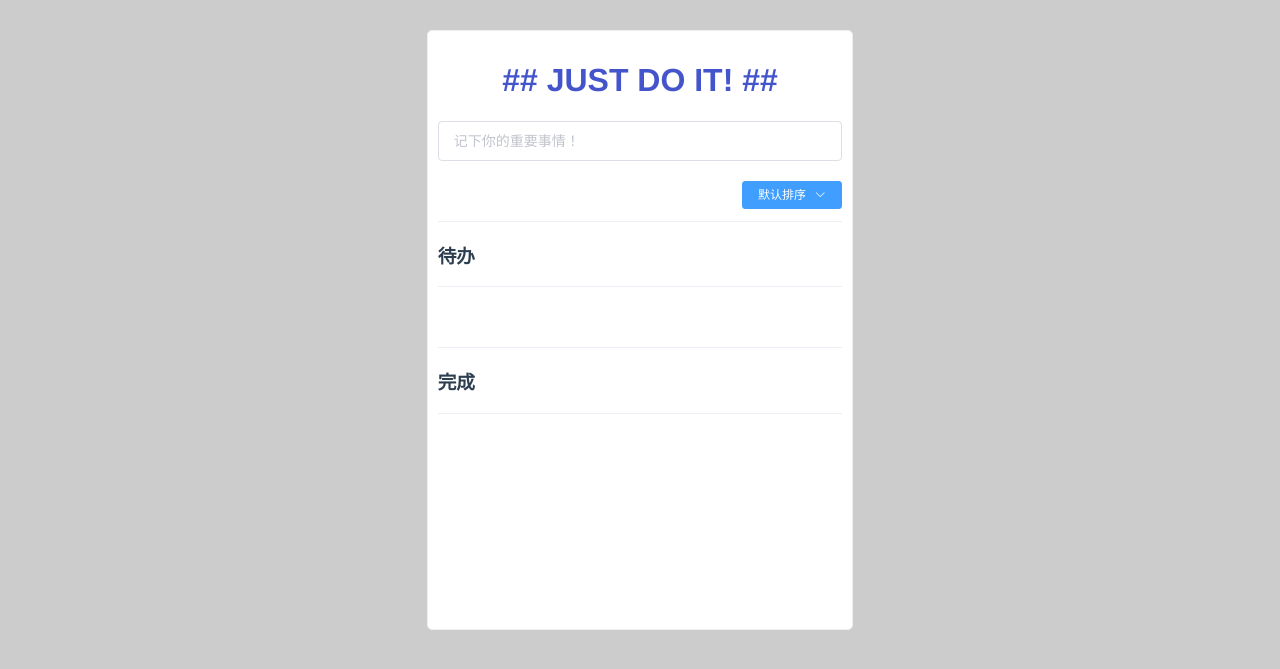
Repository: JonathanLee-LX/ToDo-LX
Page: /
The author's editor kept a copy of each file at every save. The page is drawn from the files as they stood at one save, then again after the next save.
The browser window is 1280 px wide. The pictures show the whole page.
The project was rebuilt for these pictures with package versions that can differ from the ones it lists, and the page was loaded fresh each time.

Above is the page before, as saved 2018-06-30 18:59:18.

### index.html
<!DOCTYPE html>
<html>

<head>
  <meta charset="utf-8">
  <meta name="viewport" content="width=device-width,initial-scale=1.0">
  <title>todo-lx</title>
  <style type="text/css">
    html,
    body {
      width: 100%;
      height: 100%;
      margin: 0;
      padding: 0;
    }

  </style>
</head>

<body>
  <div id="app"></div>
  <!-- built files will be auto injected -->
</body>

</html>

### src/main.js
// The Vue build version to load with the `import` command
// (runtime-only or standalone) has been set in webpack.base.conf with an alias.
import Vue from 'vue'
import App from './App.vue'
import router from './router'
import ElementUI from 'element-ui'
import 'element-ui/lib/theme-chalk/index.css'

Vue.config.productionTip = false
Vue.use(ElementUI)

/* eslint-disable no-new */
new Vue({
  el: '#app',
  router,
  components: {
    App
  },
  template: '<App/>'
})

### src/App.vue
<template>
  <div id="app">
    <router-view/>
  </div>
</template>

<script>
export default {
  name: 'App'
}
</script>

<style>
#app {
    font-family: 'Avenir', Helvetica, Arial, sans-serif;
    -webkit-font-smoothing: antialiased;
    -moz-osx-font-smoothing: grayscale;
    text-align: center;
    color: #2c3e50;
    /* margin-top: 60px; */
    background-color: #ccc;
    width: 100%;
    min-height: 100%;
}
</style>

### src/router/index.js
import Vue from 'vue'
import Router from 'vue-router'
import ToDoList from '@/components/Todo'

Vue.use(Router)

export default new Router({
  routes: [{
    path: '/',
    name: 'ToDoList',
    component: ToDoList
  }]
})

### src/components/Todo.vue
<template>
  <div id="todo-app">
    <el-row>
      <el-col :offset="8" :span="8" class="main-container">
        <div class="main">
          <app-title></app-title>
          <InputArea
            @add-todo="addTodo"
          ></InputArea>
          <Sort></Sort>
          <TodoList
            :todoList="todoList"
            @has-done="hasDone"
          ></TodoList>
          <DoneList
            :doneList="doneList"
            @undo="undo"
          ></DoneList>
        </div>
      </el-col>
    </el-row>
  </div>
</template>
<script lang="js">
  import AppTitle from './app-title.vue'
  import InputArea from './Input-Area.vue'
  import TodoList from './Todo-List.vue'
  import DoneList from './Done-List.vue'
  import Sort from './Sort.vue'

  export default {
    components: {
      AppTitle,
      InputArea,
      Sort,
      TodoList,
      DoneList
    },
    data() {
      return {
        todo: '',
        todoList: [],
        doneList: []
      }
    },
    methods: {
      addTodo (todo) {
        this.todoList.push(todo)
      },
      hasDone(i, item) {
        let DoneList = this.todoList.splice(i, 1)
        this.addDone(DoneList)
      },
      addDone(DoneList) {
        this.doneList.push(DoneList)
      },
      undo(item) {
        let index = this.doneList.findIndex((item, i) => {
          return item.done === false
        })
        let todo = this.doneList.splice(index, 1)[0]
        this.todoList.push({
          title: todo.title,
          content: todo.content,
          createAt: todo.createAt,
          done: todo.done
        })
      }
    },
    created() {
    },
    beforeDestroy() {
    }
  }
</script>

<style>
  .main-container {
    background-color: #fff !important;
    min-height: 600px;
    border: 1px solid #eee;
    box-shadow: 1px 1px 1px #ccc;
    border-radius: 5px;
    margin-top: 30px;
  }

  .main {
    padding: 10px 10px;
  }

  .input-area {
    margin-bottom: 20px;
  }

  .el-col {
    background-color: #eee;
  }

  .el-collapse {
    margin-top: 60px;
  }

  .pull-right {
    float: right;
  }

  .pull-left {
    float: left;
  }

  .time {
    color: #aaa;
    font-size: 0.7em;
    display: inline-block;
    margin-right: 5px;
  }
</style>

### src/components/app-title.vue
<template>
  <h1
    class = "app-title"
  >## JUST DO IT! ##</h1>
</template>
<script>
  export default {
    name: 'app-title'
  }
</script>
<style>
  .app-title {
    color: #45c
  }
</style>

### src/components/Input-Area.vue
<template>
    <div class="input-area">
        <el-input v-model="todo" @keydown.enter.native="addTodo" type="text" placeholder="记下你的重要事情！"></el-input>
    </div>
</template>
<script>
    export default {
        components: {},
        data() {
            return {
                todo: ''
            }
        },
        methods: {
            addTodo() {
                this.$emit('add-todo', {
                    title: this.todo
                })
                this.reset()
            },
            reset() {
                this.todo = ''
            }
        }
    }

</script>
<style>
</style>

### src/components/Todo-List.vue
<template>
  <el-collapse>
    <h3 style="text-align: left;">待办</h3>
    <div v-if="todoList.length">
      <el-collapse-item
        v-for="item in todoList"
        :title="item.title"
        :key="item.createAt"
        style="text-align: left;"
      >
        <template slot="title">
          <el-checkbox
            v-model="item.done"
            @change="getDone(item)"
            class="pull-left"
            style="margin-right: 10px;"
          >
          </el-checkbox>
          {{item.title}}
        </template>
        <div>
          {{item.content}}
        </div>
      </el-collapse-item>
    </div>
  </el-collapse>
</template>
<script>
  export default {
    name: 'TodoList',
    data() {
      return {
      }
    },
    props: {
      todoList: {
        type: Array,
        default: []
      }
    },
    methods: {
      getDone (done) {
        let i = this.todoList.findIndex(todo => todo === done)
        this.$emit('get-done', i, done)
      }
    }
  }
</script>
<style>
</style>

### src/components/Done-List.vue
<template>
  <el-collapse>
    <h3 style="text-align: left;">完成</h3>
    <div v-if="doneList.length">
      <el-collapse-item
        v-for="item in doneList"
        :title="item.content"
        :key="item.createAt"
        style="text-align: left;"
      >
        <template slot="title">
          <el-checkbox
            v-model="item.done"
            @change="undo(item)"
            class="pull-left"
            style="margin-right: 10px;"
          ></el-checkbox>
          <s>{{item.title}}</s>
          <span
            class="time"
            style="float: right;"
          >
            {{new Date(item.createAt).toLocaleTimeString()}}
          </span>
        </template>
        <el-input
          v-model="item.content"
          :rows="3"
          type="textarea"
          size="small"
          placeholder="描述"
        ></el-input>
      </el-collapse-item>
    </div>
  </el-collapse>
</template>
<script>
  export default {
    name: 'DoneList',
    data () {
      return {}
    },
    props: {
      doneList: {
        type: Array,
        default: []
      }
    },
    undo (todo) {
      let i = this.doneList.findIndex(
        done => todo === done
      )
      this.$emit('undo', i, done)
    }
  }
</script>
<style>
</style>

### src/components/Sort.vue
<template>
    <div class="tool-bar">
        <el-dropdown class="pull-right">
        <el-button type="primary" size="mini">
            默认排序
            <i class="el-icon-arrow-down el-icon--right"></i>
        </el-button>
        <el-dropdown-menu slot="dropdown">
            <el-dropdown-item>创建时间从早到晚</el-dropdown-item>
            <el-dropdown-item>创建时间从晚到早</el-dropdown-item>
            <el-dropdown-item>到期时间从早到晚</el-dropdown-item>
            <el-dropdown-item>到期时间从晚到早</el-dropdown-item>
            <el-dropdown-item>重要性从高到低</el-dropdown-item>
            <el-dropdown-item>重要性从低到高</el-dropdown-item>
        </el-dropdown-menu>
        </el-dropdown>
    </div>
</template>
<script>
export default {
  name: 'Sort',
  components: {},
  data () {
    return {}
  }
}
</script>
<style>
</style>

After the next save:
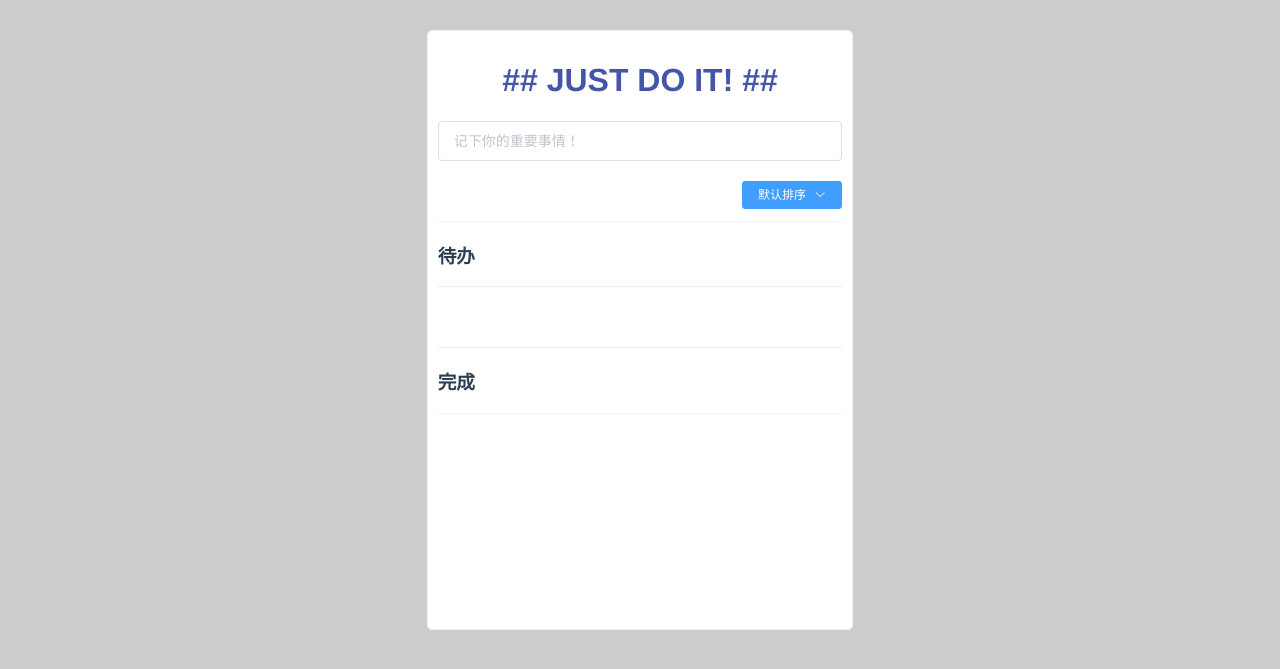
Saved 19 s later.
--- a/src/components/app-title.vue
+++ b/src/components/app-title.vue
@@ -10,6 +10,6 @@
 </script>
 <style>
   .app-title {
-    color: #45c
+    color: #45a
   }
 </style>
